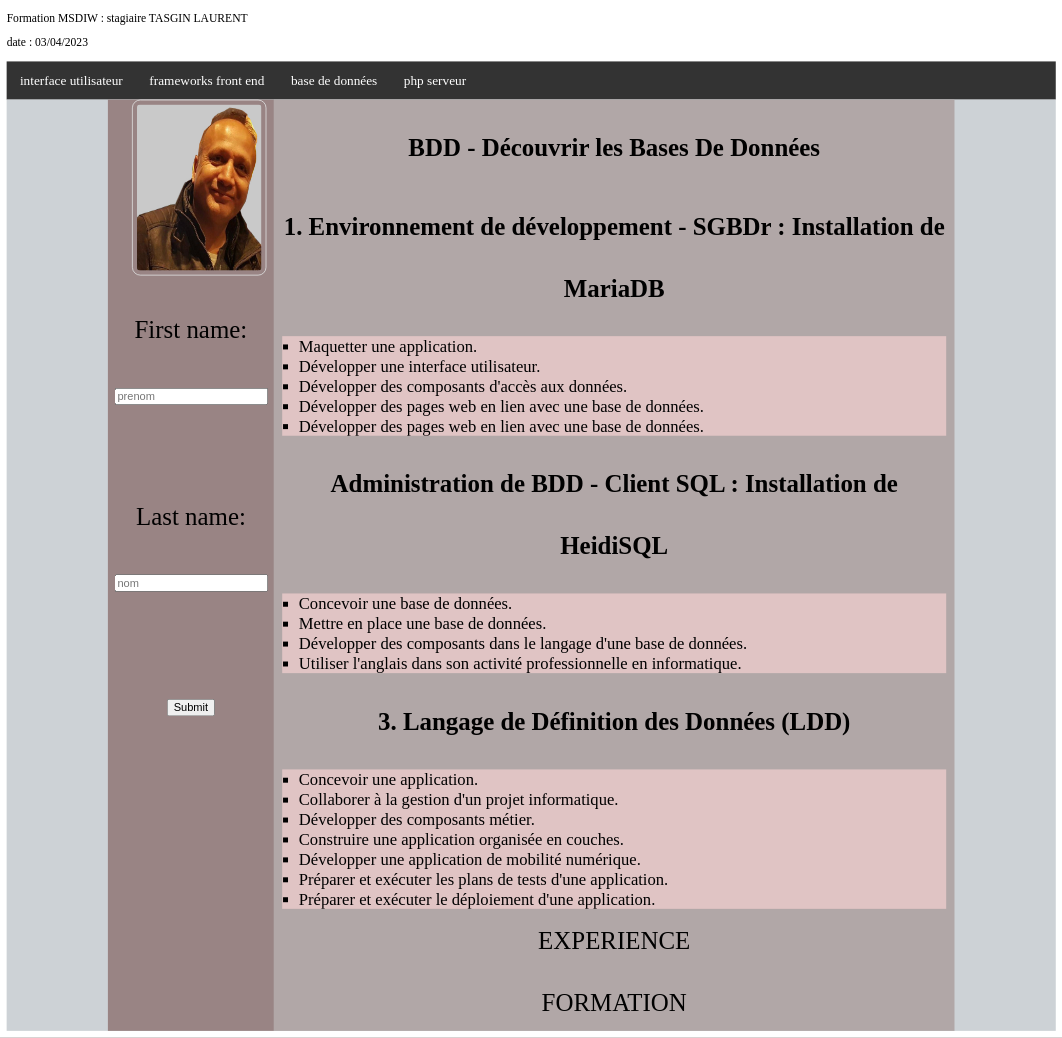
Repository: laurentbul/ApplicationEssai
Page: exercice/ex1/stagiaire_laurent/BACK/BDD/SQL/bdd1_alimenter.html
These files come from the project's save history. The page is drawn as it stood at one moment and after the next save; the edit follows.
The browser window is 1280 px wide. The pictures show the whole page, at 83% of full size.

Above is the page before, as saved 2023-04-06 05:40:34.

### exercice/ex1/stagiaire_laurent/BACK/BDD/SQL/bdd1_alimenter.html
<!DOCTYPE html>
<html lang="en">

<head>
  <meta charset="UTF-8">
  <meta http-equiv="X-UA-Compatible" content="IE=edge">
  <meta name="viewport" content="width=device-width, initial-scale=1.0">
  <link rel="icon" type="image/x-icon" sizes="30x30" href="../IMG/img.jpeg">
  <link rel="stylesheet" href="/FRONT/STATIQUE/CSS/msdiw.css">
  <title>Document</title>
  <style>
  </style>
</head>
</head>

<body>
  <p>Formation MSDIW : stagiaire TASGIN LAURENT</p>
  <p>date : 03/04/2023</p>
  <ul>
    <li><a href="./interface_utilisateur.html">interface utilisateur</a></li>
    <li><a href="./interface_utilisateur.html">frameworks front end</a></li>
    <li><a href="./interface_utilisateur.html">base de données</a></li>
    <li><a href="./interface_utilisateur.html">php serveur</a></li>
  </ul>
  <!-- <div>
        <input type="color" id="head" name="head" value="blue">
        <label for="head">Head</label>
    </div> -->
  <div class="flex-container">
    <div class="div_gauche">
      <img src="../IMG/img.jpeg" alt="photo d'identité" width="200" height="200">
      <form action="/action_page.php">
        <label for="fname">First name:</label>
        <input type="text" id="fname" name="fname" placeholder="prenom"><br><br>
        <label for="lname">Last name:</label>
        <input type="text" id="lname" name="lname" placeholder="nom"><br><br>
        <input type="submit" value="Submit">
      </form>
    </div>
    <div class="div_droite">
      <div>
        <h1>BDD - Découvrir les Bases De Données</h1>
        <h1 class="titre">1. Environnement de développement - SGBDr : Installation de MariaDB</h1>
        <ul class="paragraphe" >
          <li class="competence"> Maquetter une application.</li>
          <li class="competence"> Développer une interface utilisateur.</li>
          <li class="competence"> Développer des composants d'accès aux données.</li>
          <li class="competence"> Développer des pages web en lien avec une base de données.</li>
          <li class="competence"> Développer des pages web en lien avec une base de données.</li>
        </ul>
        <h1 class="titre">Administration de BDD - Client SQL : Installation de HeidiSQL</h1>
        <ul class="paragraphe" >
          <li class="competence">Concevoir une base de données.</li>
          <li class="competence">Mettre en place une base de données.</li>
          <li class="competence">Développer des composants dans le langage d'une base de données.</li>
          <li class="competence"> Utiliser l'anglais dans son activité professionnelle en informatique.</li>
        </ul>
        <h1 class="titre">3. Langage de Définition des Données (LDD)</h1>
        <ul class="paragraphe">
          <li class="competence"> Concevoir une application.</li>
          <li class="competence"> Collaborer à la gestion d'un projet informatique.</li>
          <li class="competence"> Développer des composants métier.</li>
          <li class="competence"> Construire une application organisée en couches.</li>
          <li class="competence"> Développer une application de mobilité numérique.</li>
          <li class="competence"> Préparer et exécuter les plans de tests d'une application.</li>
          <li class="competence"> Préparer et exécuter le déploiement d'une application.</li>
        </ul>
      </div>
      <div>EXPERIENCE</div>
      <div>FORMATION</div>
    </div>
</body>

</html>

### exercice/ex1/stagiaire_laurent/FRONT/STATIQUE/CSS/msdiw.css
.corps{
    background-color: rgb(201, 149, 71);
    width:900px;
    border: 1px;
  margin-top: 10px;
  margin-left: auto;
  margin-right: auto;
  padding:50px;
}
.paragraphe{
    background-color: #e0c4c4;
    line-height:80%;
    list-style-type:square;
}
.competence{
    font-size: 20px;
    margin-left: 20px;
    float:none;
    text-align:left;
}


h1 {
    font-size: 30px;
  }

  h2 {
    font-size: 30px;
  }

  p {
    font-size: 14px;
  }

.flex-container {
    display: flex;
    flex-direction: row;
    background-color: rgb(205, 210, 214);
  }

  .flex-container > div {

    text-align: center;
    line-height: 75px;
    font-size: 30px;
  }

  .div_gauche{
    background-color: #998484;
    width: 200px;
    margin-left: auto;
    height: 1122px; ;
  }
  .div_droite{
    background-color: #b1a7a7;
    width: 800px;
    height: 1122px;
    margin-right: auto;
    padding-left: 10px;
    padding-right: 10px;
  }

ul {
    list-style-type: none;
    margin: 0;
    padding: 0;
    overflow: hidden;
    background-color: #333;
}

li {
    float: left;
}

li a {
    display: block;
    color: white;
    text-align: center;
    padding: 14px 16px;
    text-decoration: none;
}

li a:hover {
    background-color: #111;
}

.meta{
    /* background-color: rgb(168, 161, 166); */
    width: 900px;
}
.title{
    /* background-color: rgb(221, 219, 214); */
    width: 600px;
}
.utf8{
    /* background-color: rgb(198, 204, 207); */
    width: 600px;
}
.image{
    /* background-color: rgb(198, 204, 207); */
    width: 600px;
}
.css{
    /* background-color: rgb(198, 204, 207); */
    width: 600px;
}
img {
    border: 1px solid #ddd;
    border-radius: 10px;
    padding: 5px;
    width: 150px;
    margin-left: 20px;

  }

After the next save:
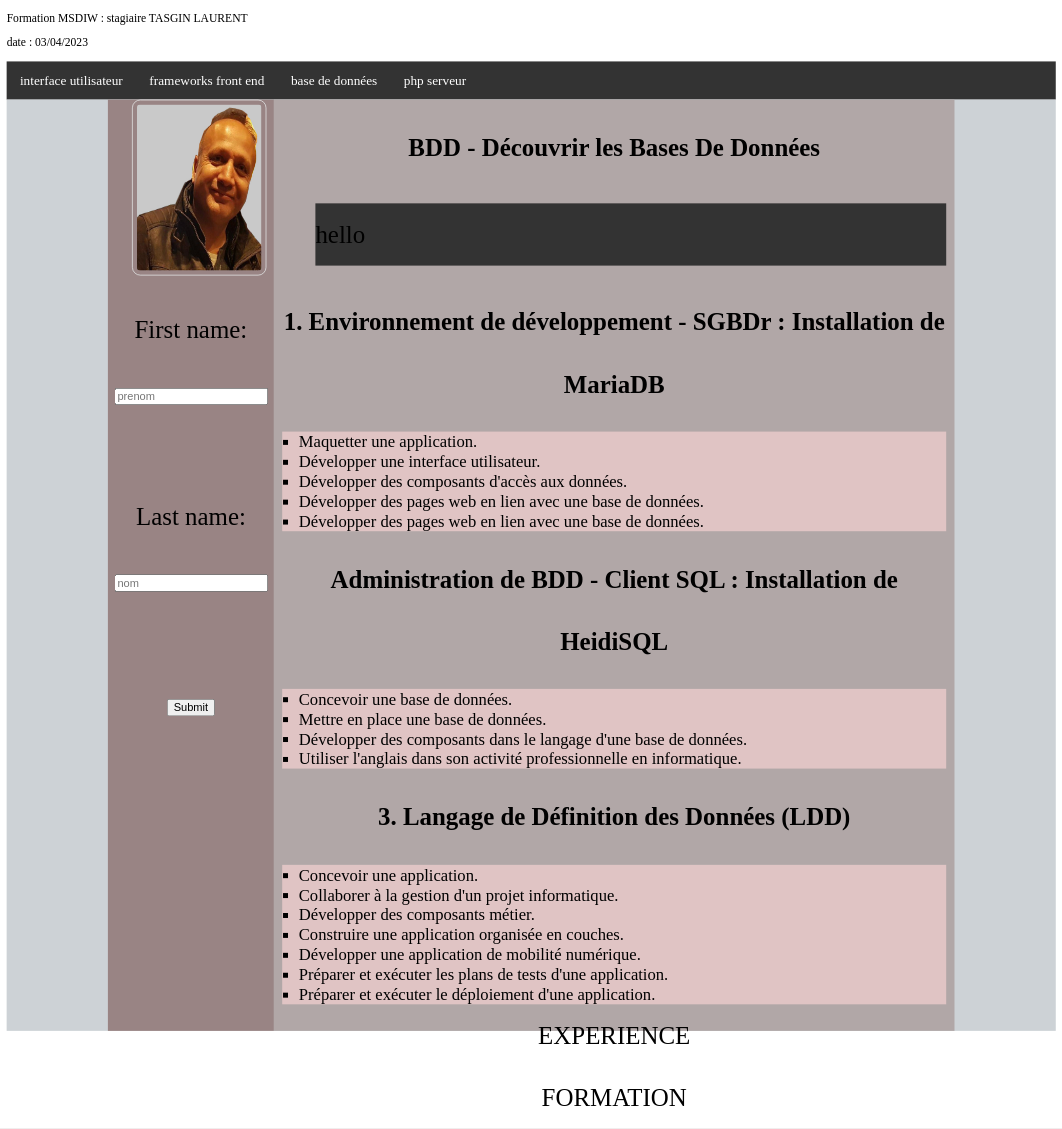
Saved 59 s later.
--- a/exercice/ex1/stagiaire_laurent/BACK/BDD/SQL/bdd1_alimenter.html
+++ b/exercice/ex1/stagiaire_laurent/BACK/BDD/SQL/bdd1_alimenter.html
@@ -40,6 +40,7 @@
     <div class="div_droite">
       <div>
         <h1>BDD - Découvrir les Bases De Données</h1>
+        <ol><ul><li>hello</li></ul></ol>
         <h1 class="titre">1. Environnement de développement - SGBDr : Installation de MariaDB</h1>
         <ul class="paragraphe" >
           <li class="competence"> Maquetter une application.</li>
